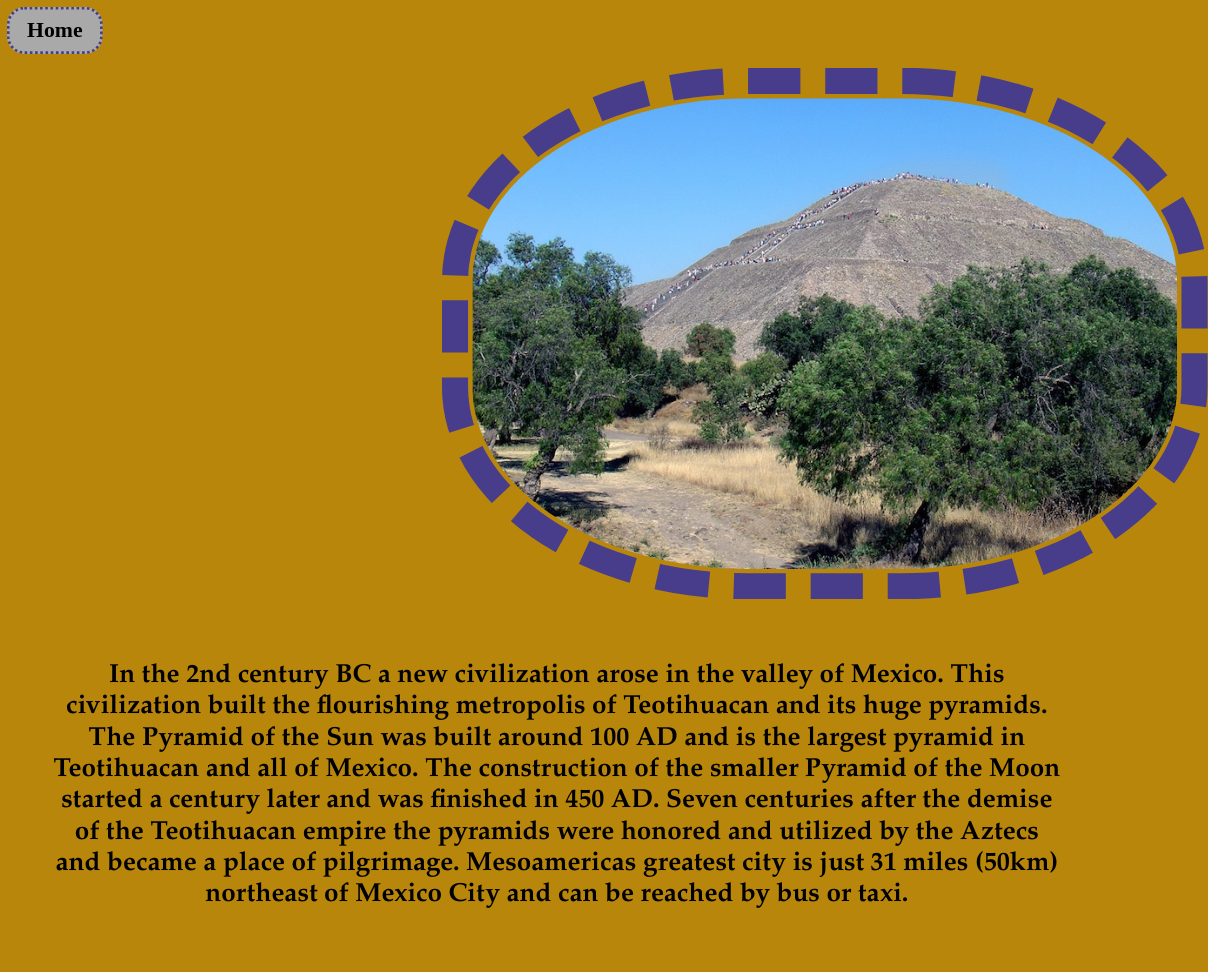
Repository: DamianKryzia/DamianKryzia.github.io
Page: Damian's Website/teotihuacan.html
The author's editor kept a record of every edit. The page is drawn from the files as they stood at one moment, then again after the next edit.
The browser window is 1280 px wide. The page is 1388 px wide, then 1280 px, so the pictures cover 1388 px, including what lies to the right of the window. The pictures show the whole page, at 87% of full size.

Above is the page before.

After the next edit:
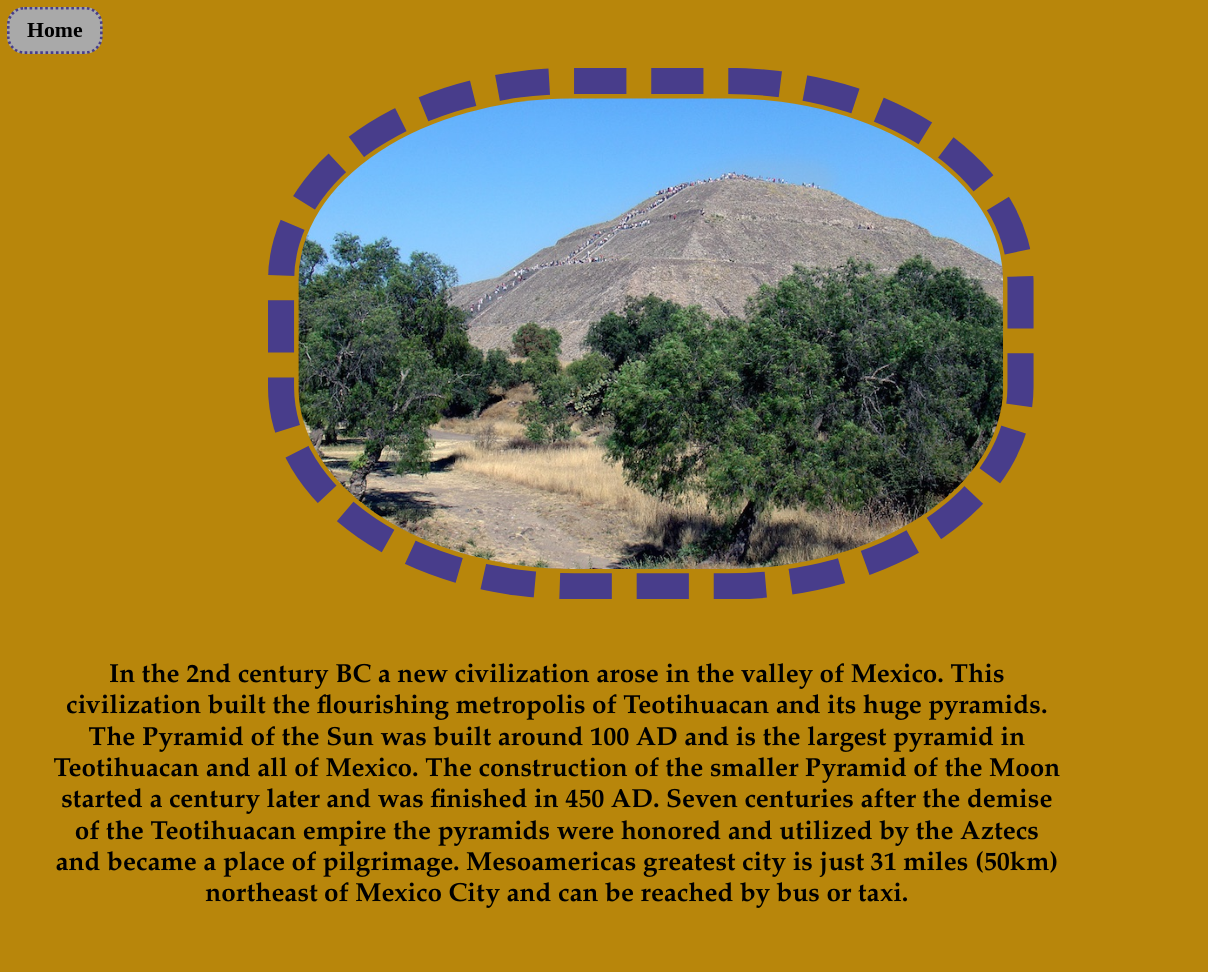
The edit:
--- a/Damian's Website/teotihuacan.html
+++ b/Damian's Website/teotihuacan.html
@@ -26,7 +26,7 @@
         img{
             padding:5px 5px 5px 5px;
             border-radius: 40%;
-            margin-left:500px;
+            margin-left:300px;
             border-style:dashed;
             border-width:30px;
             border-color:#483D8B;
